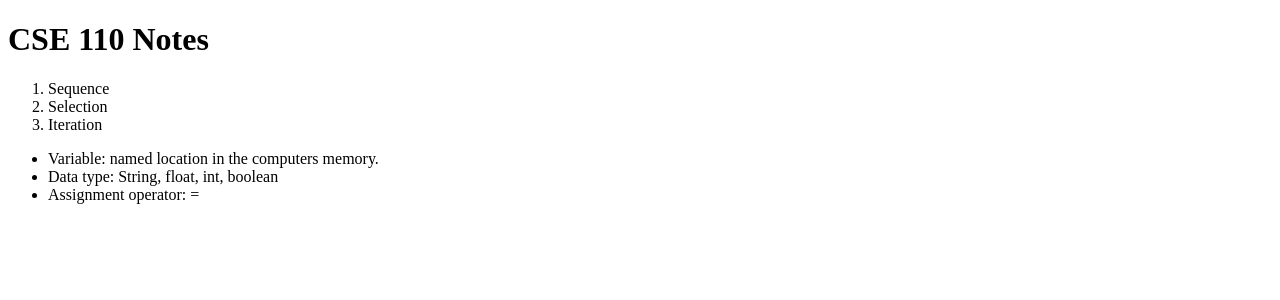
Repository: harleywolfley/wdd130
Page: spring25/cse110/cseindex.html
The author's editor kept a copy of each file at every save. The page is drawn from the files as they stood at one save, then again after the next save.
The browser window is 1280 px wide. The pictures show the whole page.

Above is the page before, as saved 2025-04-29 16:30:56.

### spring25/cse110/cseindex.html
<!DOCTYPE html>
<html>
    <head>

    </head>
    <body>
        <header>
            <h1>CSE 110 Notes</h1>
        </header>
        <ol>
            <li>Sequence</li>
            <li>Selection</li>
            <li>Iteration</li>
        </ol>
        <ul>
        <li>Variable: named location in the computers memory.</li>
        <li>Data type: String, float, int, boolean</li>
        <li>Assignment operator: =</li>
        </ul>
    </body>
</html>

### spring25/cse110/csestyle.css
header {
    background-color: lightpink;
    margin: 10px;
}

After the next save:
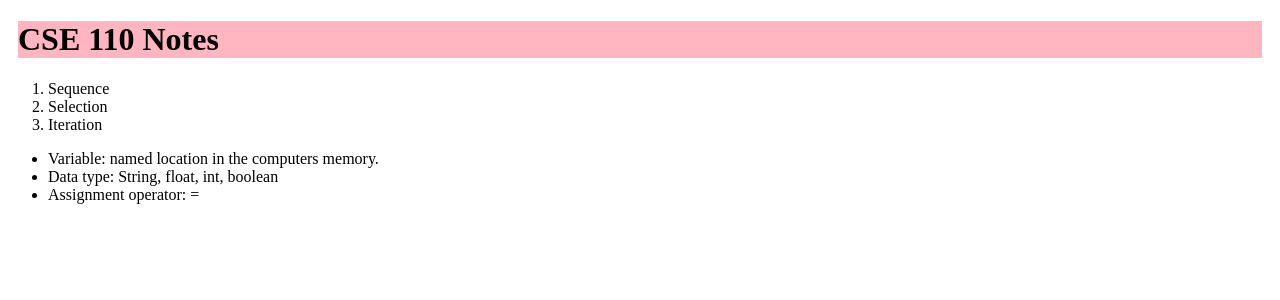
Saved 31 s later.
--- a/spring25/cse110/cseindex.html
+++ b/spring25/cse110/cseindex.html
@@ -1,7 +1,7 @@
 <!DOCTYPE html>
 <html>
     <head>
-
+        <link rel="stylesheet" href="csestyle.css">
     </head>
     <body>
         <header>
